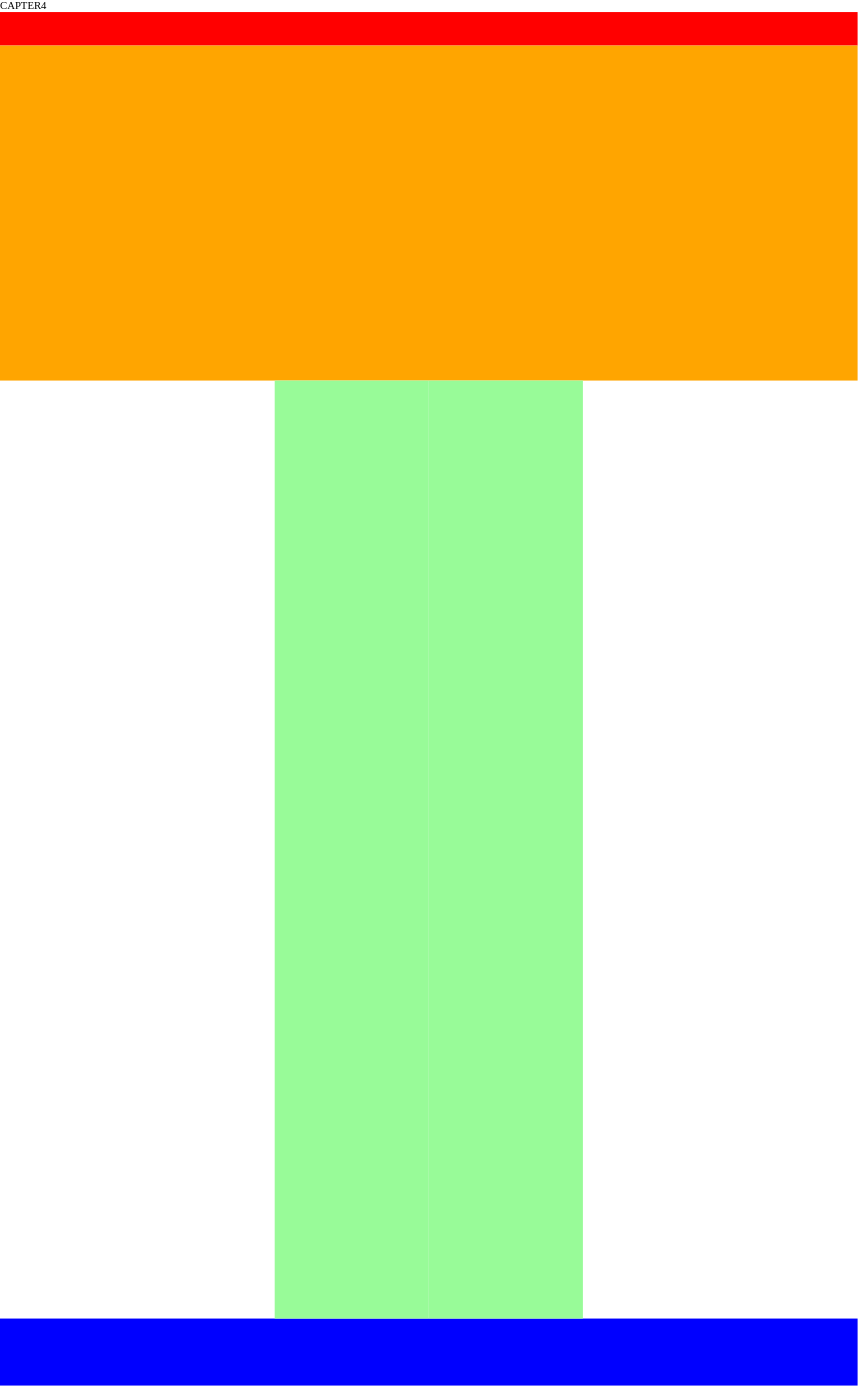
Repository: dsjanainoyo/html
Page: capter4.exercise/capter4.exercize.html
The author's editor kept a record of every edit. The page is drawn from the files as they stood at one moment, then again after the next edit.
The browser window is 1280 px wide. The pictures show the whole page, at 67% of full size.

Above is the page before.

### capter4.exercise/capter4.exercize.html
<!DOCTYPE html>
<html lang="ja">
  <head>
    <meta charset="UTF-8">
    <link rel="stylesheet" href="capter4.exercise.css"
    <title>CAPTER4</title>
  </head>
  <body>
    <div class="header"></div>
    <div class="main-visual"></div>
    <div class="main">
      <div class="sidebar-left"></div>
      <div class="blog"></div>
      <div class="sidebar-right"></div>
    </div>
    <div class="footer"></div>
  </body>

### capter4.exercise/capter4.exercise.css
*{
  margin:0;
  padding:0;
  box-sizing:border-box;
}

.header{
  width:100%;
  height:50px;
  background-color:red;
}

.main-visual{
  width:100%;
  height:500px;
  background-color:orange;
}

.main{
  width:960px;
  display:flex;
  justify-content:center;
  margin:0 auto;
}

.sidebar-left{
  width:230px;
  height:1400px;
  background-color:palegreen;
}

.sidebar-right{
  width:230px;
  height:1400px;
  background-color:palegreen;
}

.footer{
  width:100%;
  height:100px;
  background-color:blue;
}

After the next edit:
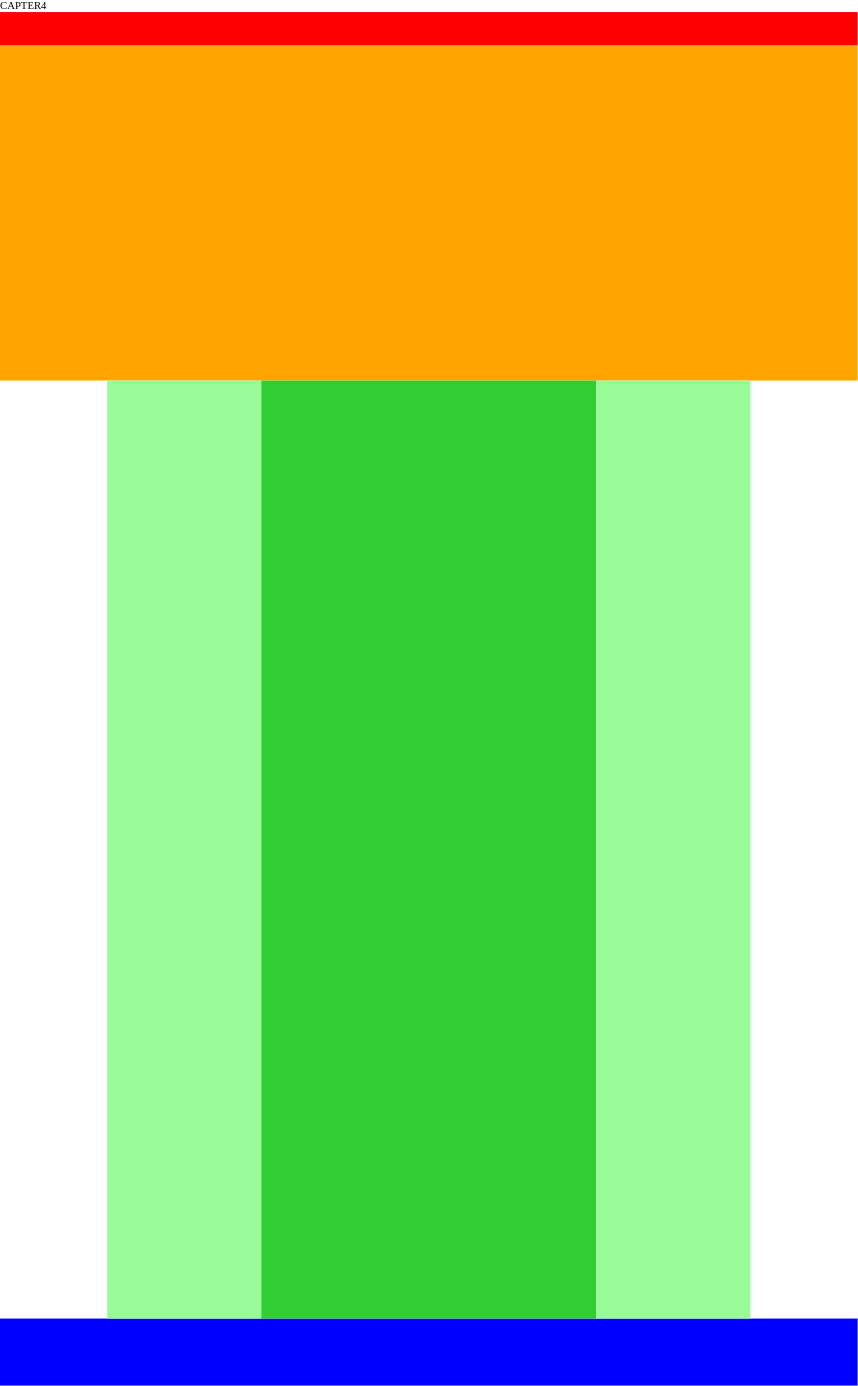
The edit:
--- a/capter4.exercise/capter4.exercise.css
+++ b/capter4.exercise/capter4.exercise.css
@@ -29,6 +29,11 @@
   background-color:palegreen;
 }
 
+.blog{
+  width:500px;
+  height:1400px;
+  background-color:limegreen;
+}
 .sidebar-right{
   width:230px;
   height:1400px;
